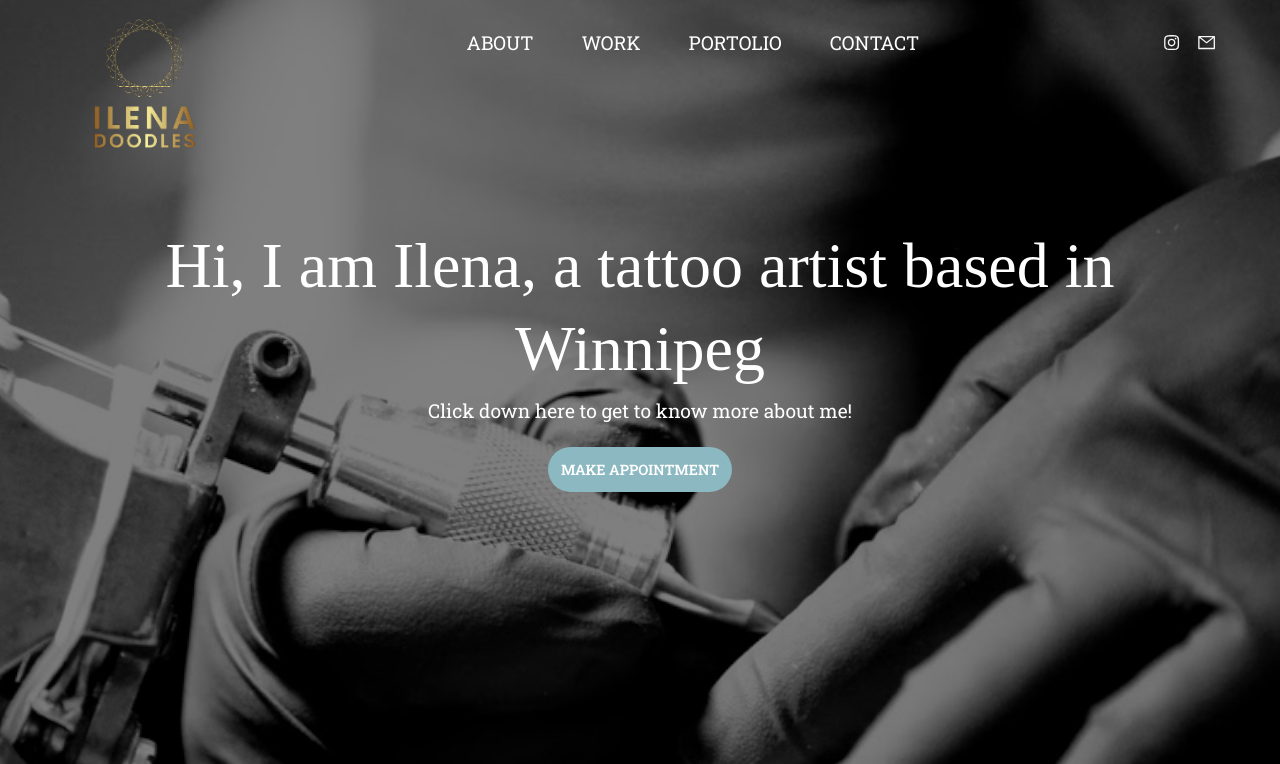
Repository: Leoka2000/Ilena
Page: /
An editor plug-in stored every save of this project. The page is shown before and after the next save, followed by the edit.
The browser window is 1280 px wide. The pictures show the whole page.
Some web fonts or font styles are not loaded; a fallback is used. The project was rebuilt for these pictures with package versions that can differ from the ones it lists, and the page was loaded fresh each time. Also part of the build but not shown: src/App.css.

Above is the page before, as saved 2023-03-02 12:49:15.

After the next save:
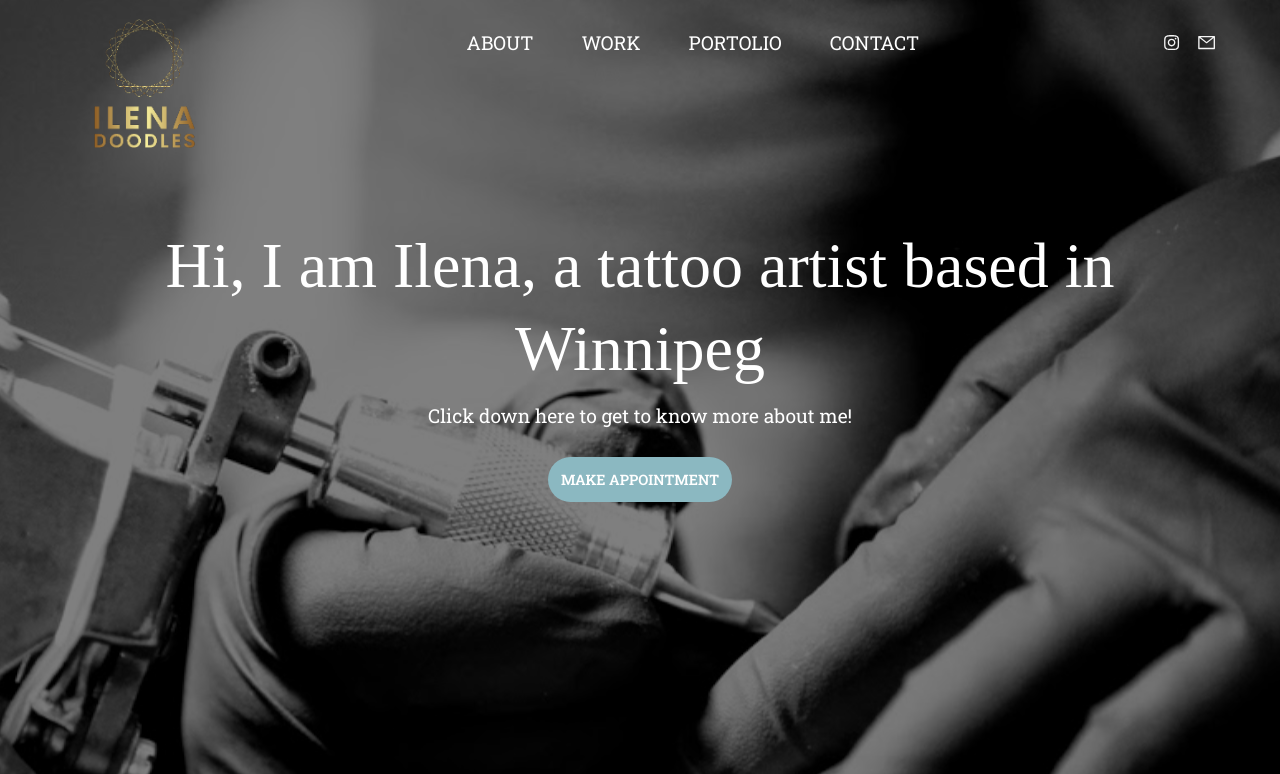
Saved 9 s later.
--- a/src/pages/hero/hero.css
+++ b/src/pages/hero/hero.css
@@ -12,7 +12,7 @@
   align-items: center;
   text-align: center;
   color: white;
-  gap: 0.5rem;
+  gap: 0.8rem;
 }
 
 .hero-section::before {
